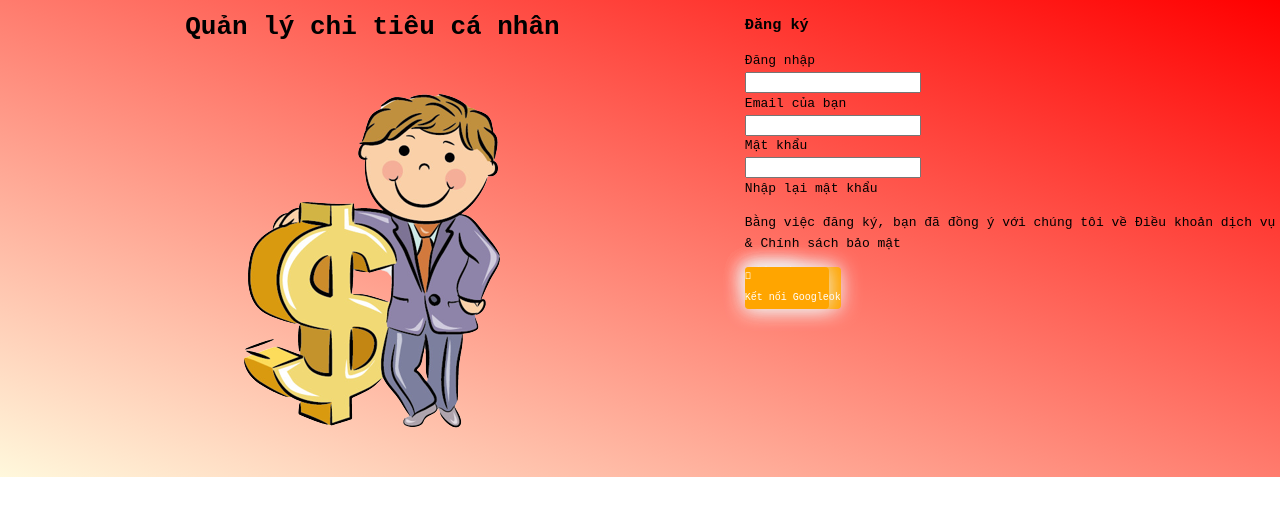
Repository: ximvhs/sochitieu
Page: login.html
The author's editor kept a copy of each file at every save. The page is drawn from the files as they stood at one save, then again after a run of saves.
The browser window is 1280 px wide. The pictures show the whole page.
Some web fonts or font styles are not loaded; a fallback is used.

Above is the page before, as saved 2023-04-05 10:00:47.

After the next 2 saves:
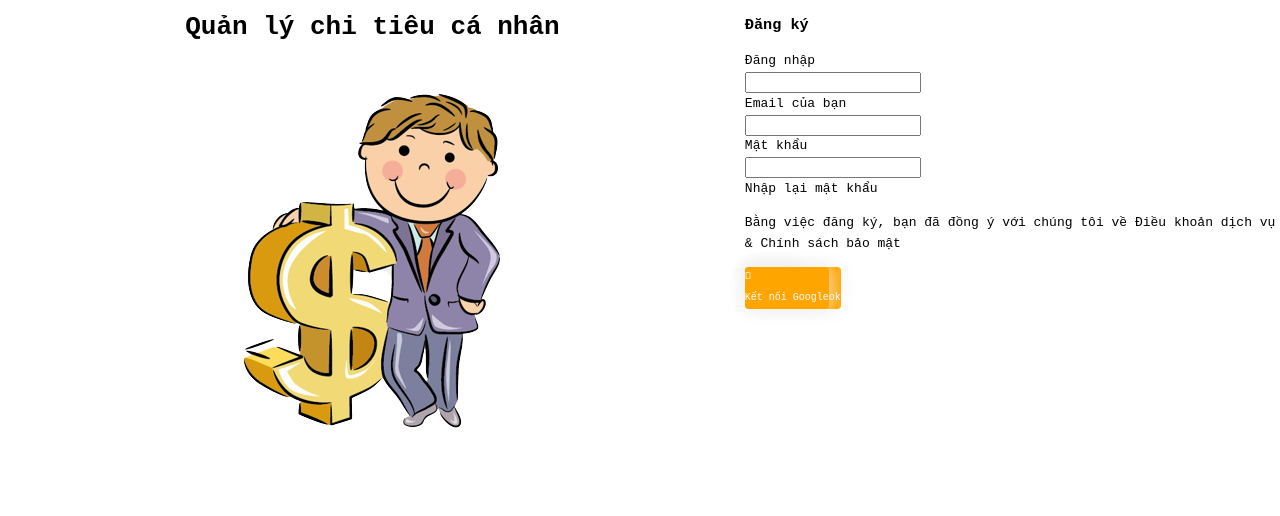
The 2 saves are shown as one change because they came seconds apart.
The last was saved 8 s later.
--- a/assets/css/login.css
+++ b/assets/css/login.css
@@ -1,5 +1,5 @@
 .modal {
-    background-image: linear-gradient(to top right, var(--primary-color), red);
+    background-image: linear-gradient(to top right, var(--primary-color), var(--p));
 }
 
 .modal__body {
